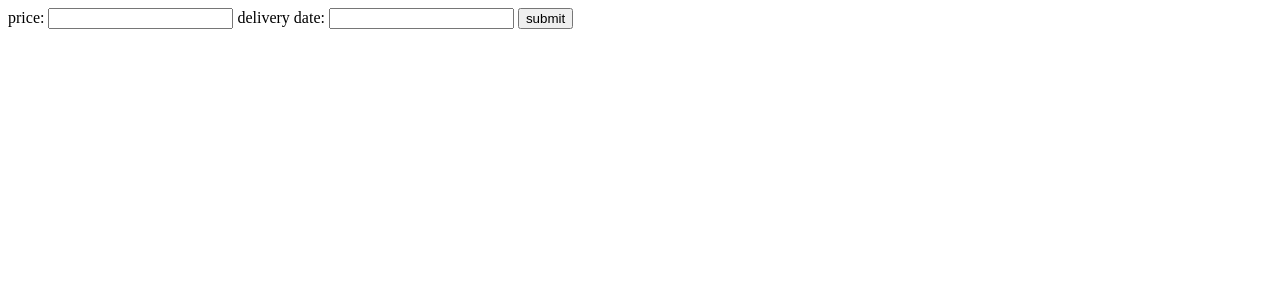
Repository: Kaivalya1997/kaivalyaprojects
Page: http://localhost/dynamicProject/
The author's editor kept a copy of each file at every save. The page is drawn from the files as they stood at one save, then again after the next save.
The browser window is 1280 px wide. The pictures show the whole page.
The page is served by Tomcat 9.

Above is the page before, as saved 2019-01-25 11:09:48.

After the next save:
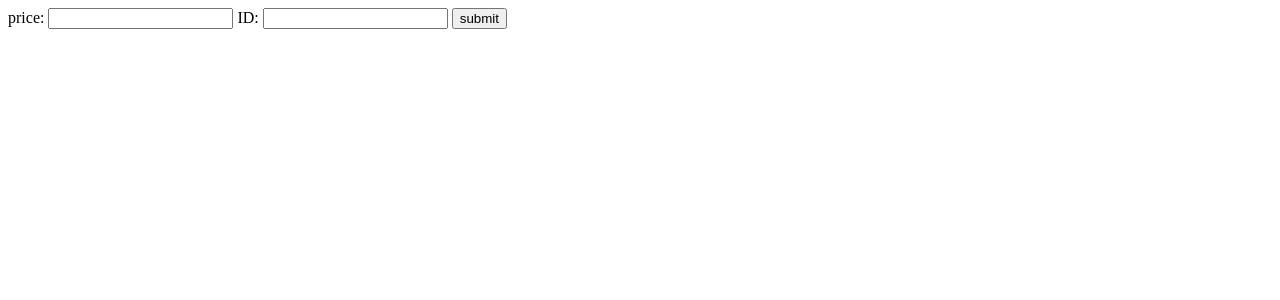
Saved 2 min 14 s later.
--- a/25-jan/dynamicProject/WebContent/index.jsp
+++ b/25-jan/dynamicProject/WebContent/index.jsp
@@ -9,7 +9,7 @@
 <body>
 	<form action='hello' method='POST'>
 		 price: <input name='price' />
-		 delivery date: <input name='id'/>
+		 ID: <input name='id'/>
 
 		<input type="submit" value='submit' />
 	</form>
